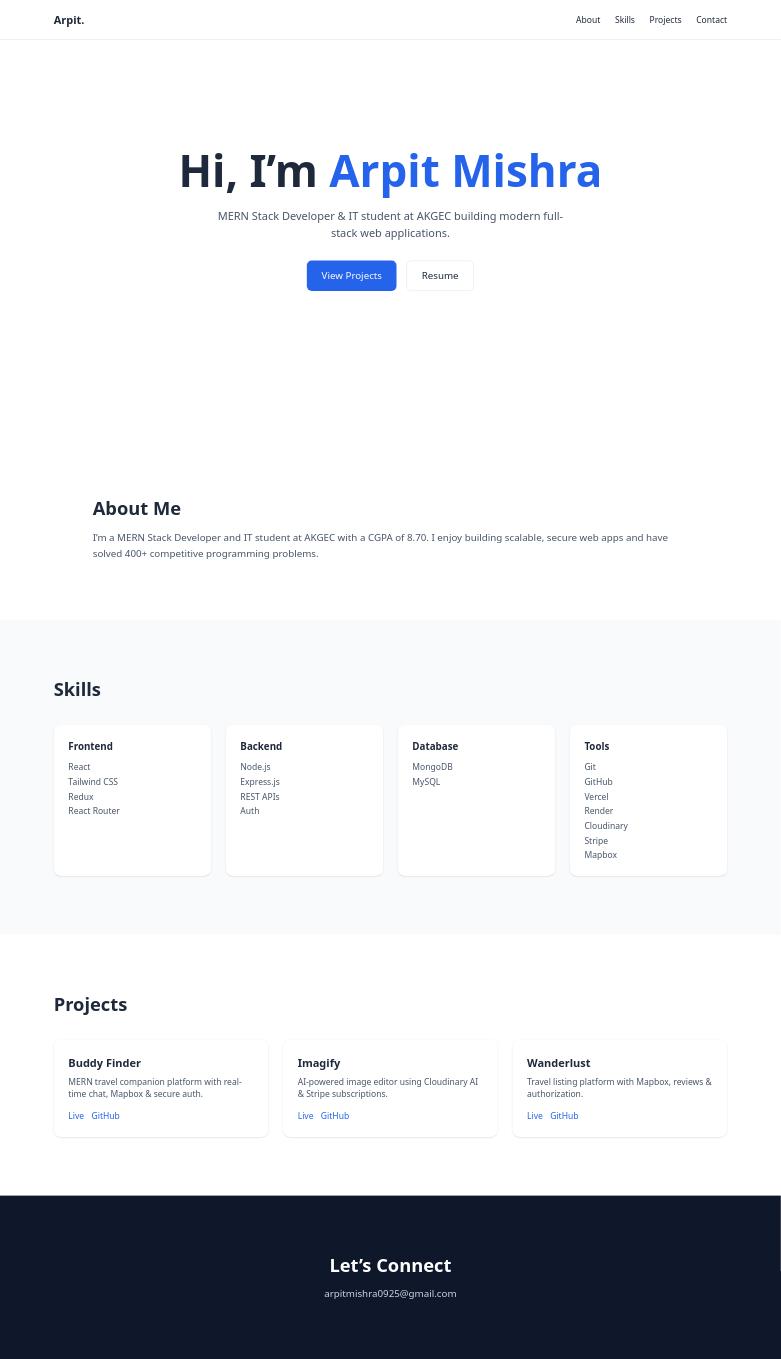
Repository: arpit-925/arpit_portfolio
Page: /
These files come from the project's save history. The page is drawn as it stood at one moment and after the next save; the edit follows.
The browser window is 1280 px wide. The pictures show the whole page, at 61% of full size.
The project was rebuilt for these pictures with package versions that can differ from the ones it lists, and the page was loaded fresh each time. Also part of the build but not shown: vite.config.js.

Above is the page before, as saved 2026-01-27 13:59:35.

After the next save:
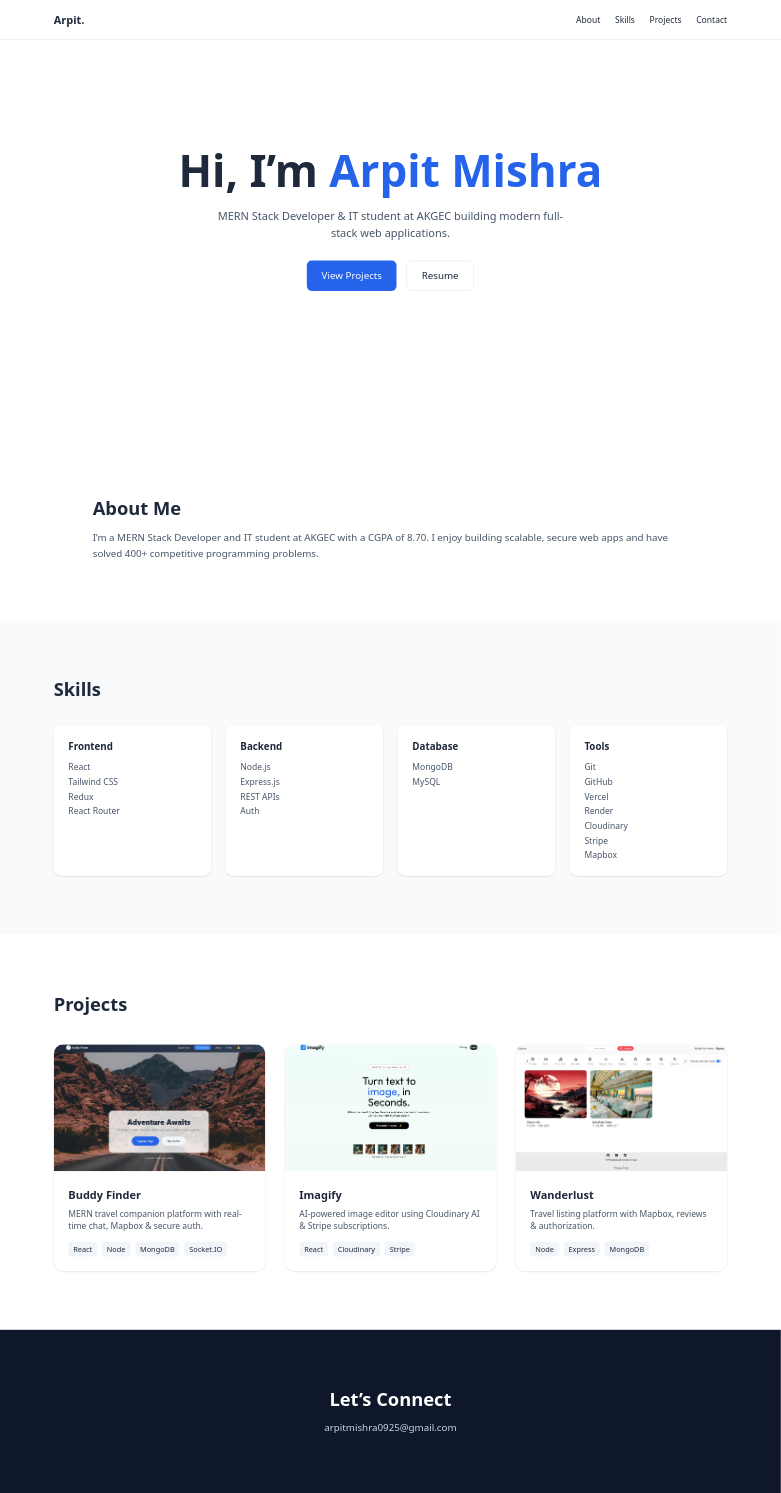
Saved 23 s later.
--- a/src/components/Projects.jsx
+++ b/src/components/Projects.jsx
@@ -1,33 +1,72 @@
 import { motion } from "framer-motion";
 import { projects } from "../data/projects";
-import { fadeUp, stagger, hoverCard } from "../styles/animations";
+import { fadeUp, stagger } from "../styles/animations";
 
 const Projects = () => {
   return (
     <section id="projects" className="py-24 px-6 max-w-6xl mx-auto">
-      <h2 className="text-3xl font-bold mb-10">Projects</h2>
+      <h2 className="text-3xl font-bold mb-12">Projects</h2>
 
       <motion.div
         variants={stagger}
         initial="hidden"
         whileInView="visible"
-        className="grid md:grid-cols-3 gap-6"
+        className="grid md:grid-cols-3 gap-8"
       >
         {projects.map((p) => (
           <motion.div
             key={p.title}
             variants={fadeUp}
-            {...hoverCard}
-            className="bg-white rounded-xl shadow p-6 flex flex-col justify-between"
+            className="group relative bg-white rounded-2xl shadow overflow-hidden"
+            whileHover={{ y: -8 }}
+            transition={{ type: "spring", stiffness: 200 }}
           >
-            <div>
+            {/* IMAGE PREVIEW */}
+            <div className="relative h-52 overflow-hidden">
+              <img
+                src={p.image}
+                alt={p.title}
+                className="h-full w-full object-cover transition-transform duration-500 group-hover:scale-110"
+              />
+
+              {/* DARK OVERLAY */}
+              <div className="absolute inset-0 bg-black/60 opacity-0 group-hover:opacity-100 transition-opacity duration-300" />
+
+              {/* HOVER BUTTONS */}
+              <div className="absolute inset-0 flex items-center justify-center gap-4 opacity-0 group-hover:opacity-100 transition-opacity duration-300">
+                <a
+                  href={p.live}
+                  target="_blank"
+                  className="px-4 py-2 bg-white text-black rounded-md text-sm"
+                >
+                  Live
+                </a>
+                <a
+                  href={p.github}
+                  target="_blank"
+                  className="px-4 py-2 border border-white text-white rounded-md text-sm"
+                >
+                  GitHub
+                </a>
+              </div>
+            </div>
+
+            {/* CONTENT */}
+            <div className="p-6">
               <h3 className="font-semibold text-lg">{p.title}</h3>
               <p className="text-slate-600 text-sm mt-2">{p.desc}</p>
-            </div>
 
-            <div className="mt-4 flex gap-3 text-sm">
-              <a href={p.live} className="text-blue-600">Live</a>
-              <a href={p.github} className="text-blue-600">GitHub</a>
+              {/* TECH TAGS */}
+              <div className="flex flex-wrap gap-2 mt-4">
+                {p.tech.map((t) => (
+                  <span
+                    key={t}
+                    className="text-xs px-2 py-1 bg-slate-100 rounded"
+                  >
+                    {t}
+                  </span>
+                ))}
+              </div>
             </div>
           </motion.div>
         ))}
